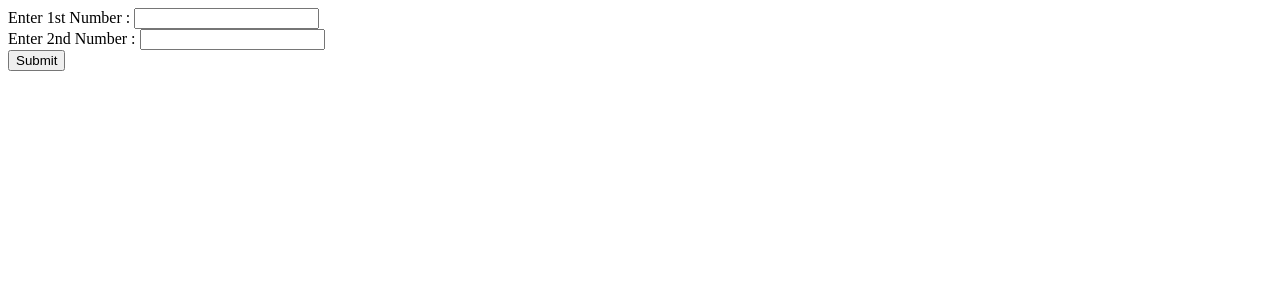
Repository: Attishgawali/JavaServletAndJSP
Page: DemoApp/src/main/webapp/index.html
These files come from the project's save history. The page is drawn as it stood at one moment and after the next save; the edit follows.
The browser window is 1280 px wide. The pictures show the whole page.

Above is the page before, as saved 2023-07-01 15:12:19.

### DemoApp/src/main/webapp/index.html
<!DOCTYPE html>
<html>
<head>
<meta charset="UTF-8">
<title>Insert title here</title>
</head>
<body>
	<form action= "add">
		Enter 1st Number : <input type="text" name="t1"><br>
		Enter 2nd Number : <input type="text" name="t2"><br>
		<input type="submit">
	</form>
</body>
</html>

After the next save:
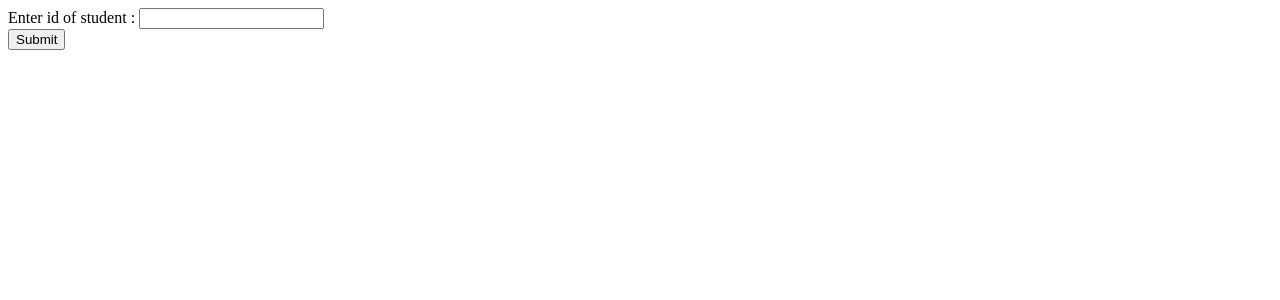
Saved 55 s later.
--- a/DemoApp/src/main/webapp/index.html
+++ b/DemoApp/src/main/webapp/index.html
@@ -6,8 +6,7 @@
 </head>
 <body>
 	<form action= "add">
-		Enter 1st Number : <input type="text" name="t1"><br>
-		Enter 2nd Number : <input type="text" name="t2"><br>
+		Enter id of student : <input type="text" name="t1"><br>
 		<input type="submit">
 	</form>
 </body>
